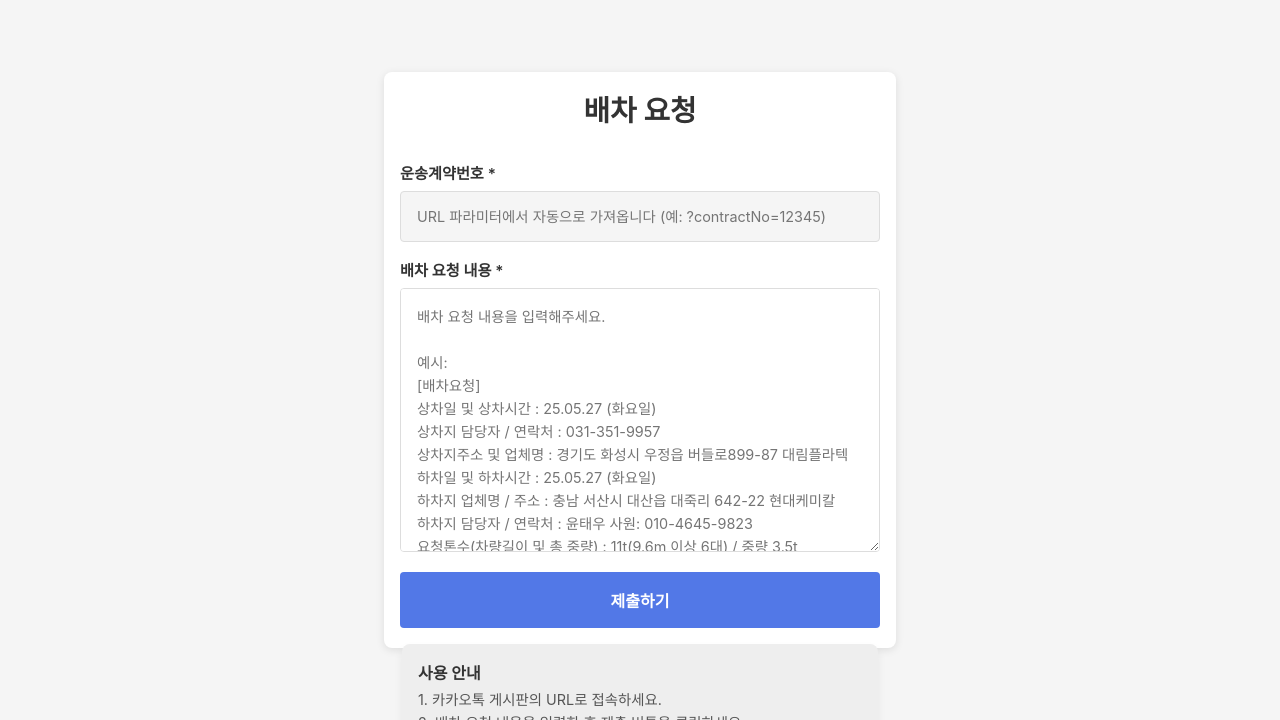
Repository: deul428/logis_transport
Page: / (app in frontend/)
The author's editor kept a copy of each file at every save. The page is drawn from the files as they stood at one save, then again after a run of saves.
The browser window is 1280 px wide. The pictures show the whole page.
The project was rebuilt for these pictures with package versions that can differ from the ones it lists, and the page was loaded fresh each time. Also part of the build but not shown: frontend/src/App.scss.

Above is the page before, as saved 2025-11-13 13:56:41.

### frontend/public/index.html
<!DOCTYPE html>
<html lang="en">
  <head>
    <meta charset="utf-8" />
    <link rel="icon" href="%PUBLIC_URL%/favicon.ico" />
    <meta name="viewport" content="width=device-width, initial-scale=1" />
    <meta name="theme-color" content="#000000" />
    <meta
      name="description"
      content="Web site created using create-react-app"
    />
    <link rel="apple-touch-icon" href="%PUBLIC_URL%/android-icon-192x192.png" />
    <!--
      manifest.json provides metadata used when your web app is installed on a
      user's mobile device or desktop. See https://developers.google.com/web/fundamentals/web-app-manifest/
    -->
    <link rel="manifest" href="%PUBLIC_URL%/manifest.json" />
    <!--
      Notice the use of %PUBLIC_URL% in the tags above.
      It will be replaced with the URL of the `public` folder during the build.
      Only files inside the `public` folder can be referenced from the HTML.

      Unlike "/favicon.ico" or "favicon.ico", "%PUBLIC_URL%/favicon.ico" will
      work correctly both with client-side routing and a non-root public URL.
      Learn how to configure a non-root public URL by running `npm run build`.
    -->
    <title>로지스 운송 오더</title>
  </head>
  <body>
    <div id="root"></div>
    <!--
      This HTML file is a template.
      If you open it directly in the browser, you will see an empty page.

      You can add webfonts, meta tags, or analytics to this file.
      The build step will place the bundled scripts into the <body> tag.

      To begin the development, run `npm start` or `yarn start`.
      To create a production bundle, use `npm run build` or `yarn build`.
    -->
  </body>
</html>

### frontend/src/App.js
import { useState, useEffect } from "react";
import "./App.scss";
import "./styles/transport.scss";

function App() {
  const [contractNo, setContractNo] = useState("");
  const [content, setContent] = useState("");
  const [isSubmitted, setIsSubmitted] = useState(false);

  useEffect(() => {
    // URL에서 계약 번호 파라미터 읽기
    const params = new URLSearchParams(window.location.search);
    const contractNoParam =
      params.get("contractNo") || params.get("contract") || "";

    if (contractNoParam) {
      setContractNo(contractNoParam);
    }
  }, []);

  // 구글 폼 제출
  const handleSubmit = async (e) => {
    e.preventDefault();

    if (!contractNo.trim()) {
      alert(
        "계약 번호가 없습니다. URL에 계약 번호를 포함해주세요. (예: ?contractNo=12345)"
      );
      return;
    }

    if (!content.trim()) {
      alert("배차 요청 내용을 입력해 주세요.");
      return;
    }

    try {
      // 제출 시간 생성 (한국 시간)
      const now = new Date();
      const koreaTimeOffset = 9 * 60; // 한국은 UTC+9
      const koreaTime = new Date(now.getTime() + koreaTimeOffset * 60 * 1000);
      const year = koreaTime.getFullYear();
      const month = String(koreaTime.getMonth() + 1).padStart(2, "0");
      const day = String(koreaTime.getDate()).padStart(2, "0");
      const hours = String(koreaTime.getHours()).padStart(2, "0");
      const minutes = String(koreaTime.getMinutes()).padStart(2, "0");
      const seconds = String(koreaTime.getSeconds()).padStart(2, "0");
      const submitTime = `${year}-${month}-${day} ${hours}:${minutes}:${seconds}`;

      const formData = new FormData();
      // 계약 번호 필드 (구글 폼의 entry ID로 변경 필요)
      formData.append("entry.1271596132", contractNo);
      // 배차 요청 내용 필드 (구글 폼의 entry ID로 변경 필요)
      formData.append("entry.1285765036", content);

      // 구글 폼 URL (실제 구글 폼 URL로 변경 필요)
      const googleFormUrl =
        "https://docs.google.com/forms/d/e/1FAIpQLSepUaIyU7xQX5y7V2-OXf7BZamqW1xnarS4jM8SswiHX2m2rA/formResponse";

      await fetch(googleFormUrl, {
        method: "POST",
        body: formData,
        mode: "no-cors",
      });

      setIsSubmitted(true);
    } catch (err) {
      alert("오류가 발생했습니다. 관리자에게 문의해 주세요.");
      console.error(err);
    }
  };

  const resetForm = () => {
    setContent("");
    setIsSubmitted(false);
  };

  return (
    <div id="transport">
      <div className="cntnt_box">
        <div className="transport_header">
          <h2>배차 요청</h2>
        </div>

        {/* 입력 폼 */}
        {!isSubmitted && (
          <div id="input_area">
            <form id="customForm" onSubmit={handleSubmit}>
              <div className="input_field">
                <label>운송계약번호 *</label>
                <input
                  type="text"
                  value={contractNo}
                  disabled
                  placeholder="URL 파라미터에서 자동으로 가져옵니다 (예: ?contractNo=12345)"
                  style={{
                    backgroundColor: "#f5f5f5",
                    cursor: "not-allowed",
                    color: "#666",
                  }}
                />
              </div>

              <div className="input_field">
                <label>배차 요청 내용 *</label>
                <textarea
                  name="content"
                  rows={10}
                  placeholder={`배차 요청 내용을 입력해주세요.

예시:
[배차요청]
상차일 및 상차시간 : 25.05.27 (화요일)
상차지 담당자 / 연락처 : 031-351-9957
상차지주소 및 업체명 : 경기도 화성시 우정읍 버들로899-87 대림플라텍
하차일 및 하차시간 : 25.05.27 (화요일)
하차지 업체명 / 주소 : 충남 서산시 대산읍 대죽리 642-22 현대케미칼
하차지 담당자 / 연락처 : 윤태우 사원: 010-4645-9823
요청톤수(차량길이 및 총 중량) : 11t(9.6m 이상 6대) / 중량 3.5t
수작업유무 Y/N : N
※요청차량대수 : 총 8대`}
                  value={content}
                  onChange={(e) => setContent(e.target.value)}
                />
              </div>

              <button type="submit">제출하기</button>
            </form>
          </div>
        )}

        {/* 결과 표시 영역 */}
        {isSubmitted && (
          <div id="result_area">
            <h2>접수가 완료되었습니다.</h2>
            <div id="submittedData" className="card">
              <div className="rows row_01">
                <h3>운송계약번호</h3>
                <p>{contractNo || "미입력"}</p>
              </div>
              <div className="rows row_02">
                <h3>배차 요청 내용</h3>
                <p style={{ whiteSpace: "pre-wrap", wordBreak: "break-word" }}>
                  {content}
                </p>
              </div>
            </div>
            <button id="newResponseLink" onClick={resetForm}>
              신규 접수하기
            </button>
          </div>
        )}

        {/* 안내 영역 */}
        {!isSubmitted && (
          <div id="desc_area" className="card">
            <div className="info_box">
              <h3>사용 안내</h3>
              <p>
                1. 카카오톡 게시판의 URL로 접속하세요.
                <br />
                2. 배차 요청 내용을 입력한 후 제출 버튼을 클릭하세요.
                <br />
                <br />
                문의사항은 담당자에게 연락해 주시기 바랍니다.
              </p>
            </div>
          </div>
        )}
      </div>
    </div>
  );
}

export default App;

### frontend/src/styles/transport.scss
.card {
  padding: 1rem;
  font-size: 0.9rem;
  margin: 0 auto;
  width: calc(100% - 4px - 2rem);
  border-radius: 0.5rem;
  margin-top: 1rem;
  background: white;
  box-shadow: 0 5px 10px 0 rgba(0, 0, 0, 0.064);
}
#transport {
  width: 100dvw;
  height: 100dvh;
  margin: 0 auto;
  min-height: 100vh;
  background-color: #f5f5f5;
  display: flex;
  justify-content: center;
  align-items: center;
  overflow: hidden;

  .cntnt_box {
    padding: 1rem;
    height: calc(80% - 2rem);
    width: calc(40% - 2rem);
    background-color: white;
    border-radius: 8px;
    box-shadow: 0 2px 8px rgba(0, 0, 0, 0.1);

    .transport_header {
      text-align: center;
      margin-bottom: 2rem;

      h2 {
        margin: 0 0 0.2rem;
        font-size: 1.8rem;
        color: #333;
      }
    }

    #input_area {
      margin-bottom: 1rem;
      width: 100%;

      form {
        margin: 0 auto;
        text-align: left;

        .input_field {
          margin-bottom: 1rem;

          label {
            display: block;
            margin-bottom: 8px;
            font-weight: 600;
            color: #333;
            font-size: 0.95rem;
          }

          input,
          textarea {
            font-size: 0.9rem;
            font-family: inherit;
            width: 100%;
            padding: 1rem;
            border: 1px solid #ddd;
            border-radius: 0.25rem;
            box-sizing: border-box;
            transition: border-color 0.3s;

            &:focus {
              outline: none;
              border-color: #5278e7;
            }

            &:disabled {
              background-color: #f5f5f5;
              cursor: not-allowed;
              color: #666;
            }
          }

          textarea {
            resize: vertical;
            line-height: 1.6;
          }
        }

        button[type="submit"] {
          width: 100%;
          padding: 1rem 0.5rem;
          background-color: #5278e7;
          color: white;
          border: none;
          border-radius: 0.25rem;
          font-size: 1rem;
          font-weight: 600;
          cursor: pointer;
          transition: background-color 0.3s;

          &:hover {
            background-color: #4268d6;
          }

          &:active {
            background-color: #3258c6;
          }
        }
      }
    }

    #result_area {
      width: 100%;
      text-align: center;

      h2 {
        margin: 0 0 1rem;
        font-size: 1.5rem;
        color: #333;
      }

      #submittedData {
        text-align: left;
        margin-bottom: 1rem;
        background-color: #f9f9f9;
        border-radius: 0.25rem;
        padding: 1rem;
        box-shadow: none;

        div.rows {
          width: 100%;
          margin-bottom: 1rem;

          &:last-child {
            margin-bottom: 0;
          }

          h3 {
            margin-top: 0;
            margin-bottom: 1rem;
            font-size: 1rem;
            color: #5278e7;
          }

          p {
            white-space: pre-wrap;
            word-break: break-word;
            overflow-wrap: break-word;
            margin: 0;
            color: #333;
            line-height: 1.6;
          }
        }
      }

      #newResponseLink {
        width: 100%;
        padding: 1rem;
        background-color: #6c757d;
        color: white;
        border: none;
        border-radius: 0.25rem;
        font-size: 0.95rem;
        font-weight: 600;
        cursor: pointer;
        transition: background-color 0.3s;
        margin-top: 1rem;

        &:hover {
          background-color: #5a6268;
        }
      }
    }

    #desc_area {
      background: #eee;
      color: #000;
      .info_box {
        h3 {
          margin: 0 0 0.25rem;
          font-size: 1rem;
          color: #333;
        }

        p {
          margin: 0;
          font-size: 0.9rem;
          color: #555;
          line-height: 1.6;
        }
      }
    }
  }

  /* 반응형 */
  @media (max-width: 768px) {
    padding: 1rem;

    .cntnt_box {
      padding: 1rem;

      .transport_header h2 {
        font-size: 1.5rem;
      }

      #input_area form .input_field textarea {
        min-height: 250px;
      }
    }
  }
}

Loaded but not shown: frontend/src/index.js (common file); frontend/src/index.css (common file); frontend/src/reportWebVitals.js (common file)

After the next 3 saves:
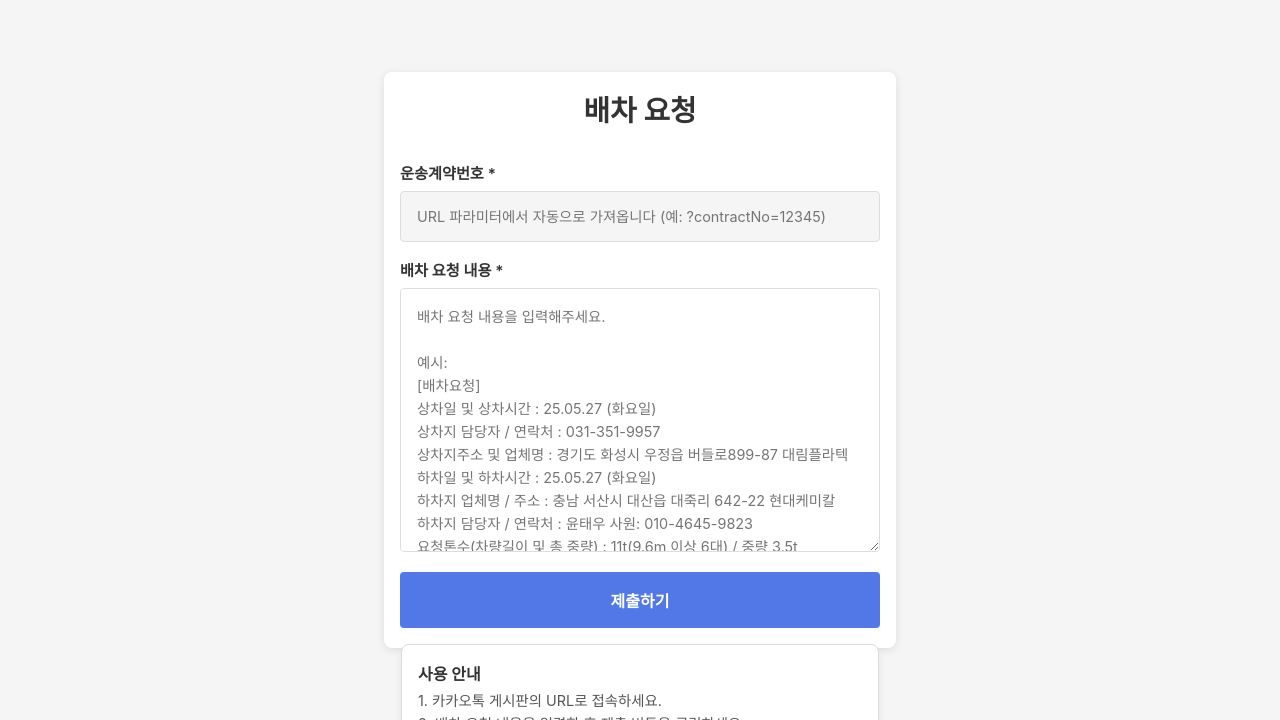
The 3 saves are shown as one change because they came seconds apart.
The last was saved 32 s later.
--- a/frontend/src/styles/transport.scss
+++ b/frontend/src/styles/transport.scss
@@ -173,7 +173,8 @@
     }
 
     #desc_area {
-      background: #eee;
+      // background: #eee;
+      border: 1px solid #ddd;
       color: #000;
       .info_box {
         h3 {
